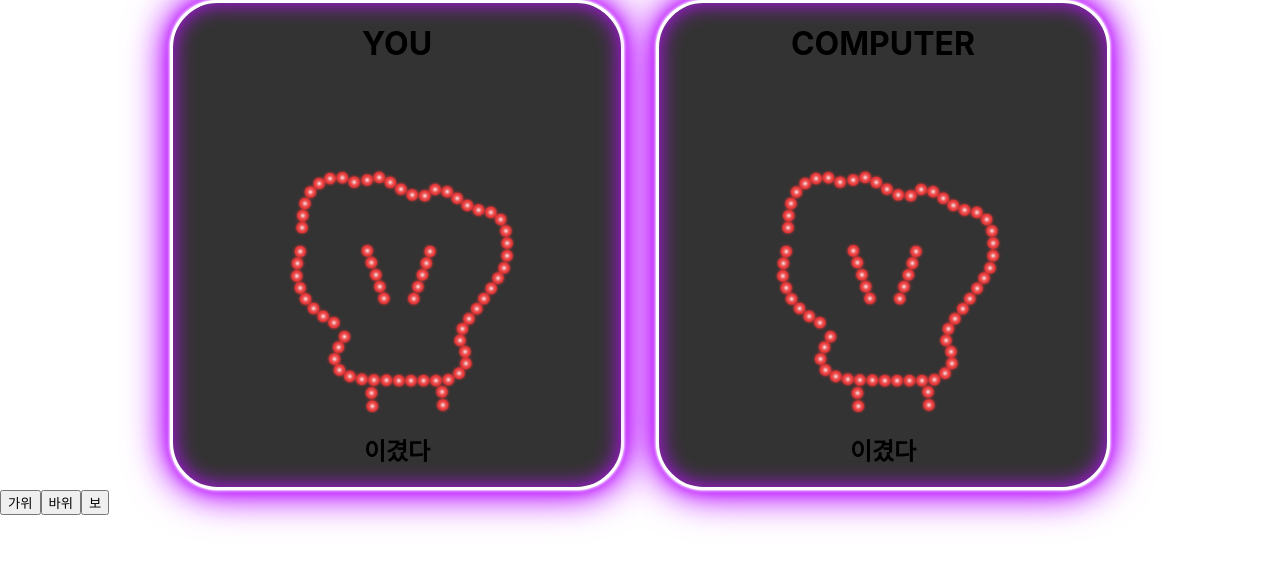
Repository: KIMMIHYE12/classComponent
Page: /
The author's editor kept a copy of each file at every save. The page is drawn from the files as they stood at one save, then again after the next save.
The browser window is 1280 px wide. The pictures show the whole page.
The project was rebuilt for these pictures with package versions that can differ from the ones it lists, and the page was loaded fresh each time.

Above is the page before, as saved 2024-03-18 20:56:10.

### src/App.js
import "./App.css";
import { Box } from "./component/Box";

function App() {
  return (
    <>
      <div className='game_screen'>
        <Box title='YOU' />
        <Box title='COMPUTER' />
      </div>
      <div>
        <button>가위</button>
        <button>바위</button>
        <button>보</button>
      </div>
    </>
  );
}

export default App;

### src/App.css
.game_screen {
  width: 100%;
  display: flex;
  justify-content: center;
}
.box {
  width: 35%;
  display: flex;
  align-items: center;
  flex-direction: column;
  margin: 0 1em;
  border: 0.2rem solid #fff;
  background: #333;
  border-radius: 3rem;
  box-shadow: 0 0 0.2rem #fff, 0 0 0.2rem #fff, 0 0 2rem #bc13fe,
    0 0 0.8rem #bc13fe, 0 0 2.8rem #bc13fe, inset 0 0 1.3rem #bc13fe;
}
img {
  width: 70%;
}

### src/component/Box.js
import React from "react";

export const Box = (props) => {
  console.log(props);
  return (
    <div className='box'>
      <h1>{props.title}</h1>
      <img src='/images/rock.png' />
      <h2>이겼다</h2>
    </div>
  );
};

Loaded but not shown: public/index.html (common file); src/index.js (common file); src/index.css (common file); src/reportWebVitals.js (common file)

After the next save:
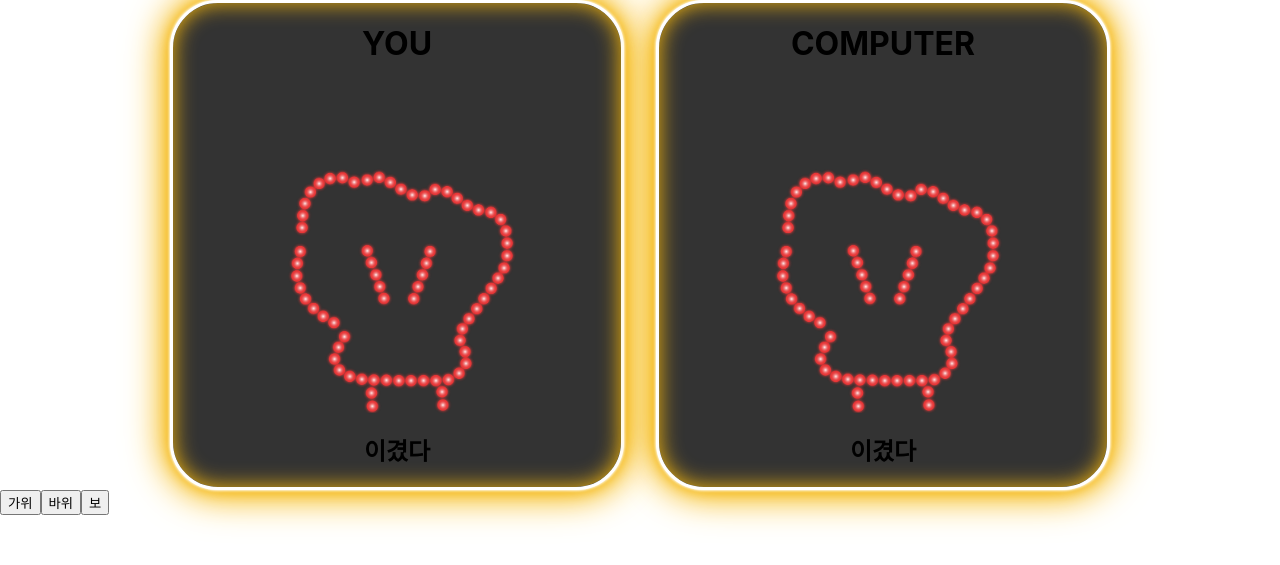
Saved 76 s later.
--- a/src/App.css
+++ b/src/App.css
@@ -12,8 +12,8 @@
   border: 0.2rem solid #fff;
   background: #333;
   border-radius: 3rem;
-  box-shadow: 0 0 0.2rem #fff, 0 0 0.2rem #fff, 0 0 2rem #bc13fe,
-    0 0 0.8rem #bc13fe, 0 0 2.8rem #bc13fe, inset 0 0 1.3rem #bc13fe;
+  box-shadow: 0 0 0.2rem #fff, 0 0 0.2rem #fff, 0 0 2rem #f5b70c,
+    0 0 0.8rem #f5b70c, 0 0 2.8rem #f5b70c, inset 0 0 1.3rem #f5b70c;
 }
 img {
   width: 70%;
